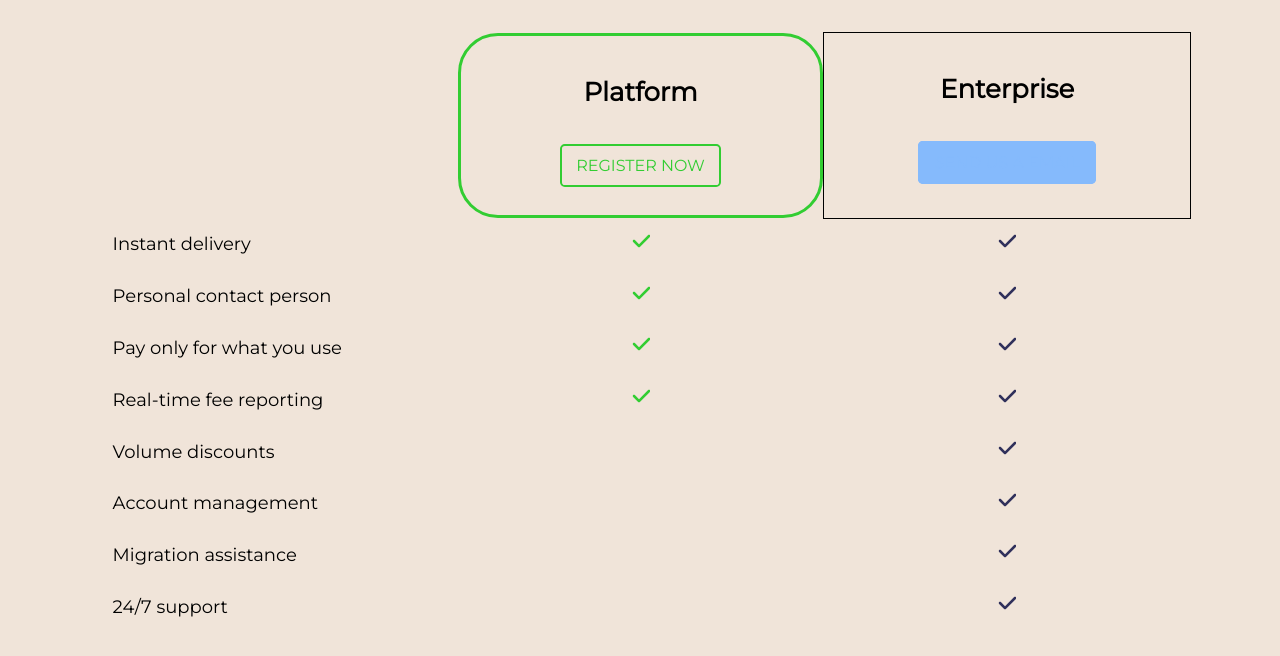
Repository: darlino/gotyu_shopify_section
Page: gotyu_table210223/index.html
The author's editor kept a copy of each file at every save. The page is drawn from the files as they stood at one save, then again after the next save.
The browser window is 1280 px wide. The pictures show the whole page.
The pointer rests on the first visible `.table-cell.enterprise a.btn`.

Above is the page before, as saved 2023-02-21 12:21:38.

After the next save:
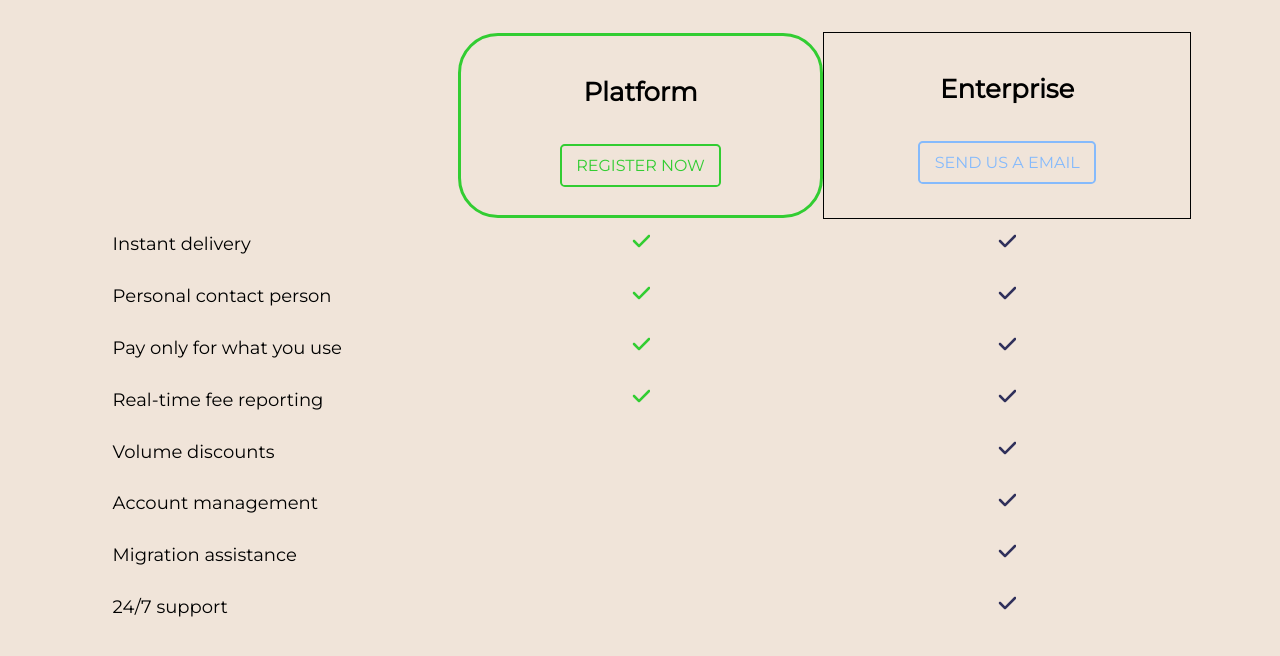
Saved 4 s later.
--- a/gotyu_table210223/style.css
+++ b/gotyu_table210223/style.css
@@ -69,7 +69,6 @@
   color: #85bafc;
 }
 .table-cell.enterprise a.btn:hover {
-  background-color: #85bafc;
 }
 
 /* Table columns
